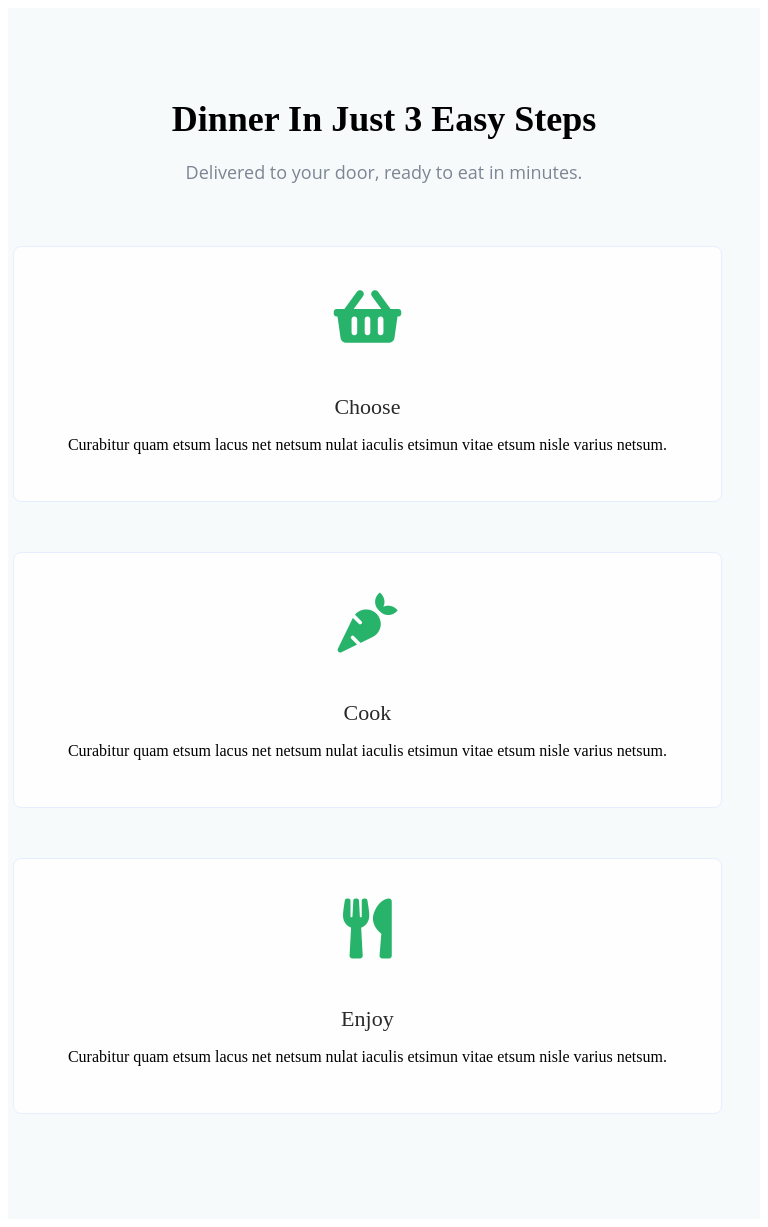
Repository: ST-United-Internship/leadpage
Page: card-UI.html
An editor plug-in stored every save of this project. The page is shown before and after the next save, followed by the edit.
The browser window is 768 px wide. The pictures show the whole page.

Above is the page before, as saved 2023-03-15 15:45:12.

After the next save:
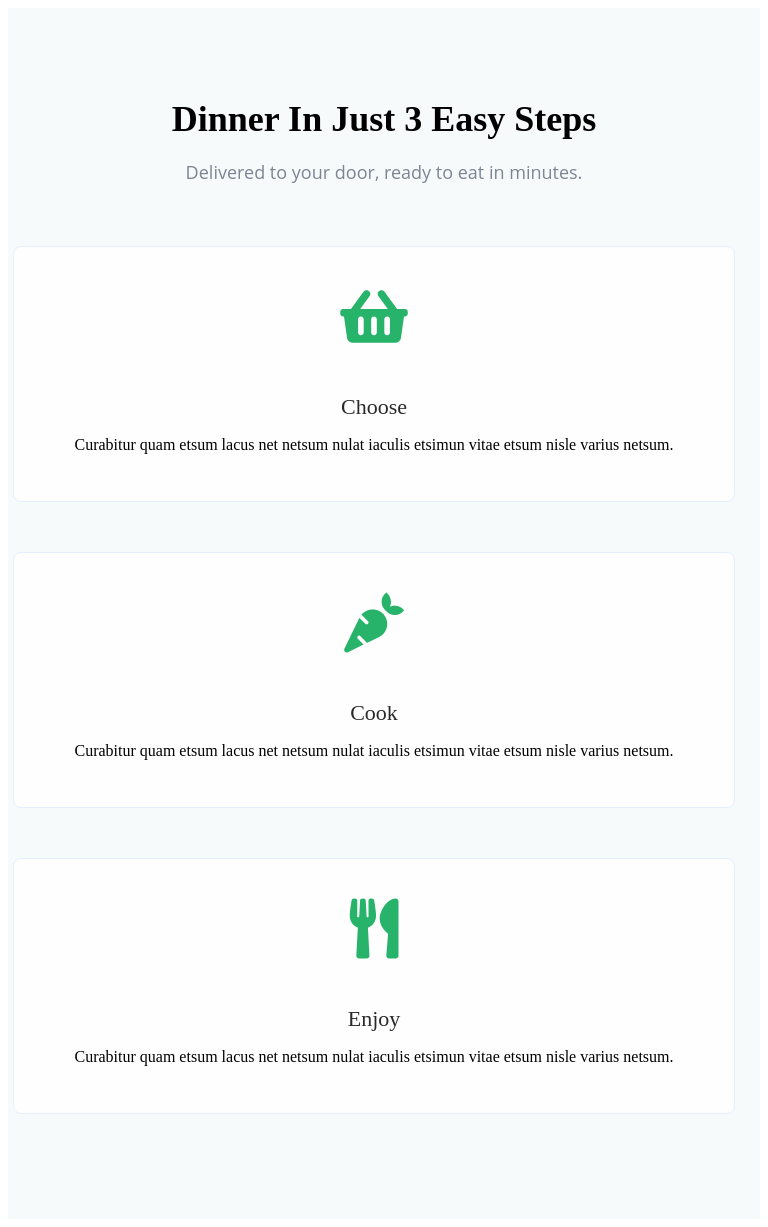
Saved 16 s later.
--- a/css/card-UI.css
+++ b/css/card-UI.css
@@ -92,7 +92,7 @@ section{
         flex-direction: column;
     }
     .title-card{
-        width: 90%;
+        width: auto;
         height: 100%;
     }
 }
